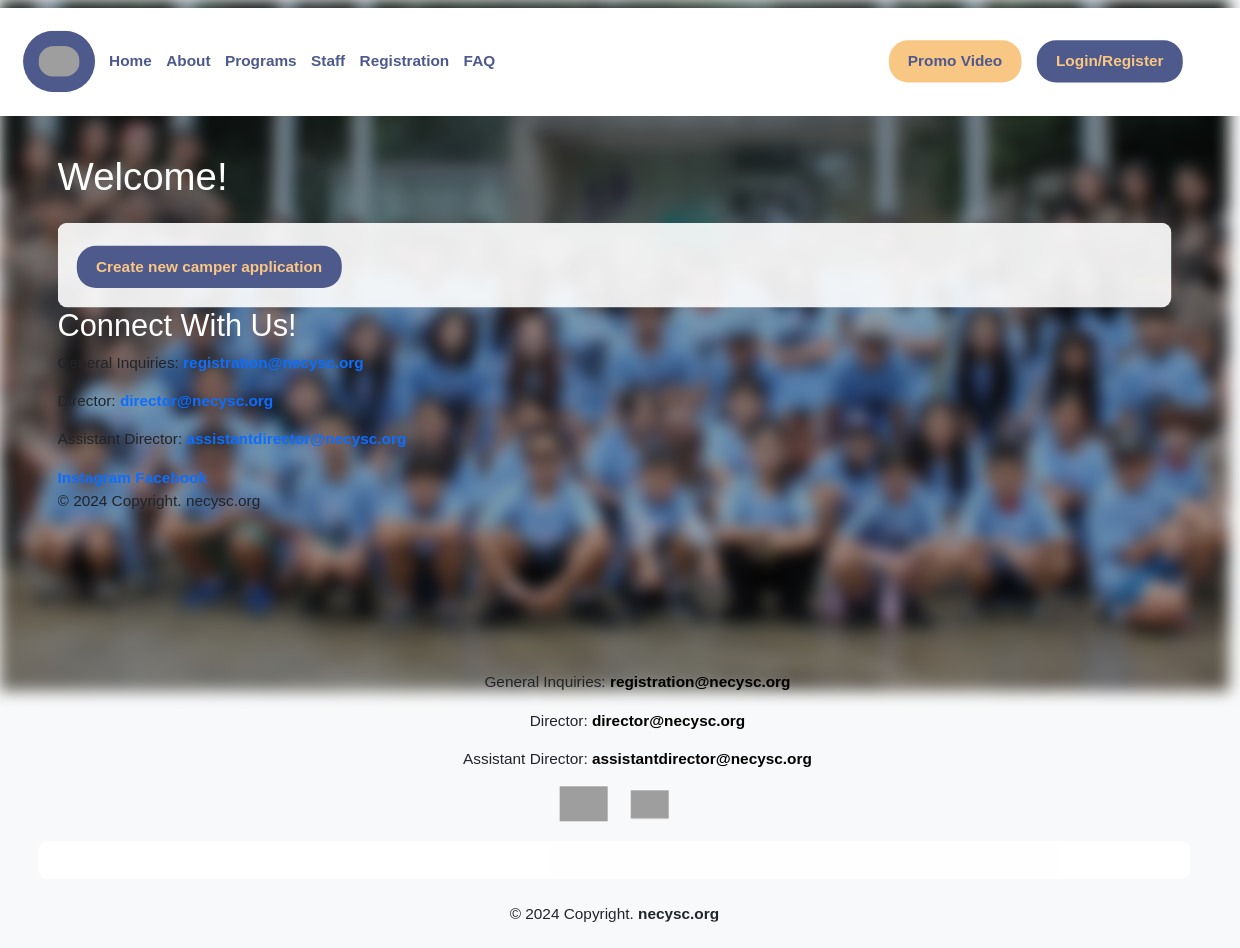
Repository: fullstackatbrown/project-necysc
Page: necysc_app/templates/necysc_app/applicant/index.html
An editor plug-in stored every save of this project. The page is shown before and after the next save, followed by the edit.
The browser window is 1280 px wide. The page is 1292 px wide, so the pictures cover 1292 px, including what lies to the right of the window. The pictures show the whole page, at 96% of full size.
Pictures or frames that could not be fetched are drawn as grey boxes. Some web fonts or font styles are not loaded; a fallback is used. The template is drawn by Django 5.2. The application's start-up code is not run. Other server files are loaded and not shown. The template is opened directly, without the code that normally fills it, so the values that code supplies are empty.

Above is the page before, as saved 2024-12-04 01:41:01.

### necysc_app/templates/necysc_app/applicant/index.html
{% extends "necysc_app/base.html" %}
{% load static %}
{% block title %} Applicant Portal {% endblock %}
{% block content %}
<link rel="stylesheet" href="{% static 'necysc_app/applicant_home.css' %}">

<style>
    body {
        background-color: #f8f9fa;
        margin: 0;
        padding: 0;
        height: 100%;
        width: 100%;
        overflow: hidden;
    }

    .background {
        position: fixed;
        top: 0;
        left: 0;
        width: 100%;
        height: 100%;
        z-index: -1;
        background-image: url("{% static 'necysc_app/images/necyscbannerimage.jpg' %}");
        background-size: cover;
        background-position: center;
        filter: blur(8px);
    }

    .container {
        position: relative;
        z-index: 1;
        background-color: rgba(255, 255, 255, 0.9);
        padding: 20px;
        border-radius: 10px;
        max-width: 1200px;
        margin: auto;
        margin-top: 20px;
    }

    h1, p, a, button {
        position: relative;
        z-index: 2;
    }

    .glow {
        transition: box-shadow 0.3s ease-in-out;
    }

    .glow:hover {
        box-shadow: 0 0 20px 2px rgba(0, 0, 0, 0.15);
    }
    </style>
    <div class="background"></div>

    <h1 class="welcome-title">Welcome!</h1>
{% if applications %}
    <div class="container mb-4">
        {% for application in applications %}
        <div class="card col-4 glow">
            <a href="{% url 'necysc_app:application_detail' application.id %}" class="application-card-link">
                <div class="card-body">
                    <h5 class="card-title"><span>{{ application.applicant_fname }}
                        {{ application.applicant_lname }}</span>
                        {% if application.app_status == 'A' %}
                        <span class="badge bg-success float-end">Accepted </span>
                        {% elif application.app_status == 'P' %}
                        <span class="badge bg-secondary float-end">Pending</span>
                        {% else %}
                        <span class="badge bg-danger float-end">Rejected</span>
                        {% endif %}

                    </h5>
                    <!-- horizontal line-->
                    <hr>
                    <p class="card-text fw-light">Year: {{application.app_year}}</p>
                    <p class="card-text m-0 fw-light">Health Status: {{application.health_record_status}}</p>
                </div>

            </a>
        </div>
        {% endfor %}
    </div>
{% endif %}

<div class="container mt-4 pt-4">
<a class="btn-purple"
        href="{% url 'necysc_app:new_application' %}">Create new camper application</a>
</div>

<style>
.glow {
    transition: box-shadow 0.3s ease-in-out;
    }

.glow:hover {
box-shadow: 0 0 20px 2px rgba(0, 0, 0, 0.15); /* Adjust the glow effect */
}
</style>
<!-- Connect With Us Section -->
<div class="footer-section">
    <h2 class="welcome-title">Connect With Us!</h2>
    <p>General Inquiries: <a href="mailto:registration@necysc.org">registration@necysc.org</a></p>
    <p>Director: <a href="mailto:director@necysc.org">director@necysc.org</a></p>
    <p>Assistant Director: <a href="mailto:assistantdirector@necysc.org">assistantdirector@necysc.org</a></p>
    <div>
        <a href="https://www.instagram.com/" target="_blank">Instagram</a>
        <a href="https://www.facebook.com/" target="_blank">Facebook</a>
    </div>
    <p>&copy; 2024 Copyright. necysc.org</p>
</div>
{% endblock %}

### necysc_app/templates/necysc_app/base.html
<!DOCTYPE html>
<html lang="en">
	<!-- Header -->
	{% load static %} {% include 'necysc_app/header.html' %}

	<head>
		<!-- Required meta tags -->
		<meta charset="utf-8" />
		<meta name="viewport" content="width=device-width, initial-scale=1" />

		<!--Bootstrap CSS-->
		<link
			href="https://cdn.jsdelivr.net/npm/bootstrap@5.0.2/dist/css/bootstrap.min.css"
			rel="stylesheet"
			integrity="sha384-EVSTQN3/azprG1Anm3QDgpJLIm9Nao0Yz1ztcQTwFspd3yD65VohhpuuCOmLASjC"
			crossorigin="anonymous"
		/>

		<title>{% block title %} {% endblock %}</title>
		<link rel="preconnect" href="https://fonts.googleapis.com" />
		<link rel="preconnect" href="https://fonts.gstatic.com" crossorigin />
		<link
			href="https://fonts.googleapis.com/css2?family=Roboto+Mono:ital,wght@0,100..700;1,100..700&display=swap"
			rel="stylesheet"
		/>

		<!--global Hind font-->
		<link
			href="https://fonts.googleapis.com/css2?family=Hind:wght@400;500;600&display=swap"
			rel="stylesheet"
		/>
		<style>
			body {
				font-family: "Hind", sans-serif;
			}
		</style>

	</head>

	<body>
		<!-- Navbar -->
		{% include 'necysc_app/navbar.html' %}

		<!-- Content -->
		<div class="container">{% block content %} {% endblock %}</div>

		<!-- Footer -->
		{% include 'necysc_app/footer.html' %}

		<!--Bootstrap JavaScript Plugins-->
		<script
			src="https://cdn.jsdelivr.net/npm/bootstrap@5.0.2/dist/js/bootstrap.bundle.min.js"
			integrity="sha384-MrcW6ZMFYlzcLA8Nl+NtUVF0sA7MsXsP1UyJoMp4YLEuNSfAP+JcXn/tWtIaxVXM"
			crossorigin="anonymous"
		></script>
	</body>
</html>

### necysc_app/templates/necysc_app/header.html
<!-- Header -->
<head>
    <meta charset="UTF-8" />
    <!-- Bootstrap Imports -->
    <link
      href="https://cdn.jsdelivr.net/npm/bootstrap@5.0.2/dist/css/bootstrap.min.css"
      rel="stylesheet"
      integrity="sha384-EVSTQN3/azprG1Anm3QDgpJLIm9Nao0Yz1ztcQTwFspd3yD65VohhpuuCOmLASjC"
      crossorigin="anonymous"
    />
    <link
      href="https://cdn.jsdelivr.net/npm/bootstrap-icons@1.8.1/font/bootstrap-icons.css"
      rel="stylesheet"
    />
    <script
    src="https://cdn.jsdelivr.net/npm/bootstrap@5.0.2/dist/js/bootstrap.bundle.min.js"
    integrity="sha384-MrcW6ZMFYlzcLA8Nl+NtUVF0sA7MsXsP1UyJoMp4YLEuNSfAP+JcXn/tWtIaxVXM"
    crossorigin="anonymous"
    ></script>
    <meta name="viewport" content="width=device-width, initial-scale=1" />
    {% load static %}
    <link href="{% static 'necysc_app/style.css' %}" rel="stylesheet" />
    <link rel="icon" href="{%  static 'necysc_app/images/favicon.ico' %}">
</head>

### necysc_app/templates/necysc_app/navbar.html
<!DOCTYPE html>
<html>
<head>
    <title>Your Page Title</title>
    <style>
        a {
            font-weight: bold;
            text-decoration: none;
        }

        .dropdown {
            position: relative;
            display: inline-block;
        }

        .dropdown-content {
            display: none;
            position: absolute;
            background-color: #f9f9f9;
            min-width: 160px;
            box-shadow: 0px 8px 16px 0px rgba(0, 0, 0, 0.2);
            z-index: 10;
            top: 100%;
        }

        .dropdown-content a {
            color: #4e598c;
            padding: 12px 16px;
            text-decoration: none;
            display: block;
            transition: color 0.3s ease, background-color 0.3s ease;
        }

        .dropdown-content a:hover {
            background-color: #4e598c;
            color: #F9C784;
        }

        .dropdown:hover .dropdown-content {
            display: block;
        }

        .navbar-link {
            color: #4e598c;
            transition: color 0.3s ease;
        }

        .navbar-link:hover {
            color: #F9C784;
            background: #4e598c;
            transition: color 0.3s ease;
            padding: 10px 20px;
            border-radius: 9px;
        }

        .active {
            color: #F9C784;
            background: #4e598c;
            padding: 10px 20px;
            text-decoration: none;
            border-radius: 9px;
        }


        .btn-login {
            background-color: #4e598c;
            color: #F9C784;
            transition: all 0.3s ease;
            padding: 10px 20px;
            border-radius: 20px;
            display: inline-block;
            text-align: center;
        }

        .btn-login:hover {
            background-color: #F9C784;
            color: #FFFFFF;
        }

        .btn-padding {
            padding: 10px 20px;
            border-radius: 20px;
            display: inline-block;
            text-align: center;
            background: #F9C784;
            color: #4e598c;
            transition: all 0.3s ease;
        }

        .btn-padding:hover {
            background-color: #4e598c;
            color: #ffffff;
        }


        .col-auto {
            display: flex;
            align-items: center;
        }

        img {
            height: 4rem;
            max-width: 100%;
        }

        #logobutton {
            background-color: #4e598c;
            transition: all 0.3s ease;
        }

        #logobutton:hover {
            background-color: #F9C784;
            color: #FFFFFF;
        }
    </style>
</head>
<body>

<!-- navbar sticky -->
{% load static %}
<div class="row mt-2 pt-4 pb-4 mb-3 d-flex ps-4 pe-5 align-items-center gap-3 sticky-top bg-bi-white bg-white row">

    <input type="checkbox" id="menu-toggle" class="menu-toggle">
    <label for="menu-toggle" class="hamburger">
        &#9776;
    </label>

    <div class="nav-links">

        <div class="col-auto">
            <a href="{% url 'necysc_app:index' %}" id="logo-link">
                <img src="https://www.necysc.org/v2/images/logo2.png" alt="Your Image Description" id="logobutton" class="rounded-pill p-3"/>
            </a>
        </div>

        <div class="dropdown col-auto">
            {% if request.user.is_authenticated %}
            <a href="{% url 'necysc_app:home' %}" class="navbar-link {% if request.path == '/' %}active{% endif %}">Applicant Home</a>
            {% else %}
            <a href="{% url 'necysc_app:index' %}" class="navbar-link {% if request.path == '/' %}active{% endif %}">Home</a>
            {% endif %}
        </div>

        {% if not request.user.is_authenticated %}
        <div class="dropdown col-auto">
            <a href="{% url 'necysc_app:about' %}" class="navbar-link {% if request.path == '/about/' %}active{% endif %}">About</a>
            <div class="dropdown-content">
                <a href="{% url 'necysc_app:about' %}#sponsors">Sponsors</a>
                <a href="{% url 'necysc_app:about' %}#contact">Contact Us</a>
            </div>
        </div>

        <div class="dropdown col-auto">
            <a href="{% url 'necysc_app:programs' %}" class="navbar-link {% if request.path == '/programs/' %}active{% endif %}">Programs</a>
            <div class="dropdown-content">
                <a href="{% url 'necysc_app:programs' %}#day">Day Camp</a>
                <a href="{% url 'necysc_app:programs' %}#on">Overnight Camp</a>
                <a href="{% url 'necysc_app:programs' %}#ea">ExplorAsian</a>
            </div>
        </div>

        <div class="dropdown col-auto">
            <a href="{% url 'necysc_app:staff' %}" class="navbar-link {% if request.path == '/staff/' %}active{% endif %}">Staff</a>
            <div class="dropdown-content">
                <a href="{% url 'necysc_app:staff' %}#cit">CIT</a>
                <a href="{% url 'necysc_app:staff' %}#counselor">Counselor</a>
                <a href="{% url 'necysc_app:staff' %}#ra">RA</a>
                <a href="{% url 'necysc_app:staff' %}#ops">OPs</a>
                <a href="{% url 'necysc_app:staff' %}#committee">Committee</a>
            </div>
        </div>

        <div class="dropdown col-auto">
            <a href="{% url 'necysc_app:registration' %}" class="navbar-link {% if request.path == '/registration/' %}active{% endif %}">Registration</a>
            <div class="dropdown-content">
                <a href="{% url 'necysc_app:registration' %}#importantdates">2025 Important Dates</a>
                <a href="{% url 'necysc_app:registration' %}#financialaid">Financial Aid</a>
            </div>
        </div>

        <div class="dropdown col-auto">
            <a href="{% url 'necysc_app:faq' %}" class="navbar-link {% if request.path == '/faq/' %}active{% endif %}">FAQ</a>
            <div class="dropdown-content">
                <a href="{% url 'necysc_app:faq' %}#faqregistration">Registration</a>
                <a href="{% url 'necysc_app:faq' %}#faqleavingcamp">Leaves and Visits</a>
                <a href="{% url 'necysc_app:faq' %}#faqhealth">Health and Safety</a>
                <a href="{% url 'necysc_app:faq' %}#camp">Camp Activities</a>
            </div>
        </div>
        {% endif %}

        <div class="col-auto ms-auto">
            <a href="https://youtu.be/PPZ1zu8fGl0?si=h436QWcB9vHQeV_G" target="_blank" class="btn-padding me-3">Promo Video</a>
            {% if request.user.is_authenticated %}
            <a href="{% url 'necysc_app:logout' %}" class="btn-login">Logout</a>
            {% else %}
            <a href="{% url 'necysc_app:login' %}" class="btn-login">Login/Register</a>
            {% endif %}
        </div>
    </div>
</div>

</body>
</html>

### necysc_app/templates/necysc_app/footer.html
<!-- Footer -->
<footer class="pt-4" id="contact">
  <div class="ms-5 me-5 mb-5 bg-dark" style="height: 2px;"></div>

  <h2 class="ps-5 mb-3 mt-5 text-center" style="color: #4e598c;">Connect With Us!</h2>
  <p class="ps-5 text-center"> General Inquiries:
    <a href="mailto:registration@necysc.org" style="color: black">registration@necysc.org</a>
  </p>
  <p class="ps-5 text-center"> Director:
    <a href="mailto:registration@necysc.org" style="color: black">director@necysc.org</a>
  </p>
  <p class="ps-5 text-center"> Assistant Director:
    <a href="mailto:registration@necysc.org" style="color: black">assistantdirector@necysc.org</a>
  </p>

  <div class="row text-center align-items-center justify-content-center">
    <div class="col-auto">
        <a href="https://www.instagram.com/NECYSC/" style="display: inline-block;" target="_blank">
            <img src="https://cdn.freebiesupply.com/images/large/2x/instagram-icon-white-on-black.png" alt="Instagram Logo" style="width: 50px; height: auto;">
        </a>
    </div>
    <div class="col-auto">
      <a href="https://www.facebook.com/NECYSC" style="display: inline-block;" target="_blank">
          <img src="https://www.freepnglogos.com/uploads/logo-facebook-png/logo-facebook-facebook-logo-png-transparent-svg-vector-bie-supply-18.png" alt="Facebook Logo" style="width: 40px; height: auto;">
      </a>
    </div>
  </div>


  <!-- Copyright -->
  <div class="container"></div>
  <div class="text-center p-4">
    © 2024 Copyright.
    <a class="text-reset" href="https://necysc.org/">necysc.org</a>
  </div>

</footer>
<!-- Footer -->

### necysc_app/static/necysc_app/style.css
.hero-section {
  position: relative;
  background-size: cover;
  background-position: center;
  background-repeat: no-repeat;
  color: white;
  height: 60vh;
  display: flex;
  align-items: center;
  justify-content: center;
  overflow: hidden;
}

.hero-section .overlay {
  position: absolute;
  top: 0;
  left: 0;
  width: 100%;
  height: 100%;
  background-color: rgba(0, 0, 0, 0.5);
  z-index: 1;
}

.hero-section .position-relative {
  z-index: 2;
}

.btn-purple {
  background-color: #4e598c;
  color: #f9c784;
  transition: all 0.3s ease;
  padding: 10px 20px;
  border-radius: 20px;
  display: inline-block;
  text-align: center;
  text-decoration: none;
  outline: none;
  border: none;
}

.btn-purple:hover {
  background-color: #f9c784;
  color: #ffffff;
}


.accordion-item .accordion-button:not(.collapsed) {
  background-color: #4e598c; /* Darker purple when open */
  color: #ffffff; /* White text for contrast */
}


.menu-toggle {
  display: none;
}

.hamburger {
  display: none;
  font-size: 24px;
  cursor: pointer;
  color: #4e598c;
}


.nav-links {
  display: flex;
  gap: 15px;
}


@media (max-width: 768px) {
  .nav-links {
      display: none;
      flex-direction: column;
      background-color: white;
      position: absolute;
      top: 60px;
      right: 0;
      width: 100%;
      padding: 10px;
      z-index: 1000;
  }

  .menu-toggle:checked + .hamburger + .nav-links {
      display: flex;
  }

  .hamburger {
      display: block;
  }
}

.optional {
  color: gray;
  font-style: italic;
}

.white-link {
  color: #ffffff;
  text-decoration: none;
  transition: color 0.3s ease;
}

.white-link:hover {
  color: #cccccc;
}

.welcome-title {
  color: white;
}

### necysc_app/static/necysc_app/applicant_home.css
.application-card-link {
  text-decoration: none; /* Remove underline */
  color: inherit; /* Inherit text color */
}

.application-card-link:hover {
  text-decoration: none; /* Remove underline */
  color: inherit; /* Inherit text color */
}

.application-card {
  display: flex;
  flex-direction: column;
  border: 1px solid #ccc;
  border-radius: 8px;
  padding: 15px;
  width: 300px;
  height: 180px;
  box-shadow: 0 2px 5px rgba(0, 0, 0, 0.1);
  background-color: #fff;
  position: relative;
  transition: transform 0.2s;
}

.application-card:hover {
  transform: scale(1.02);
  box-shadow: inset;
}

.application-card h2 {
  font-size: 1.5em;
  margin: 0 0 10px 0;
}

.application-card h3 {
  font-size: 1.2em;
  color: #555;
}

.application-card p {
  margin: 5px 0;
}


.status {
  border-radius: 5px;
  color: #fff;
  font-weight: bold;
  z-index: 1;
}

.status.a {
  background-color: rgba(0, 128, 0, 0.2);
  color: green;
}

.status.d {
  background-color: rgba(255, 0, 0, 0.2);
  color: red;
}

.status.p {
  background-color: rgba(255, 165, 0, 0.2);
  color: orange;
}

.status.i {
  background-color: rgba(0, 0, 255, 0.2);
  color: blue;
}

.glow {
  transition: box-shadow 0.3s ease-in-out;
}

.glow:hover {
  box-shadow: 0 0 20px 2px rgba(0, 0, 0, 0.15); /* Adjust the glow effect */
}

.btn-logout {
    display: inline-block;
    padding: 8px 15px;
    background-color: #ff4444;
    color: #fff;
    text-decoration: none;
    border-radius: 5px;
    font-weight: bold;
    transition: background-color 0.3s ease;
    cursor: pointer;
    margin: 10px 0;
}

.btn-logout:hover {
    background-color: #cc0000;
}

After the next save:
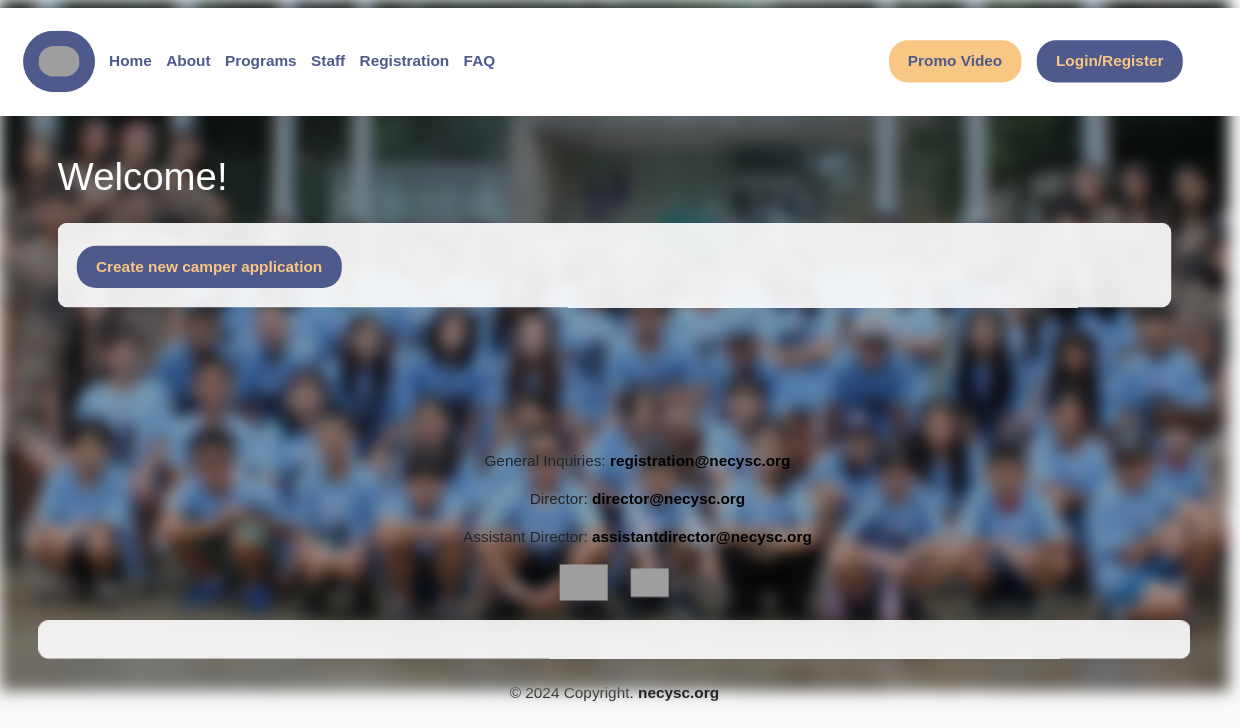
Saved 4 s later.
--- a/necysc_app/templates/necysc_app/applicant/index.html
+++ b/necysc_app/templates/necysc_app/applicant/index.html
@@ -97,16 +97,4 @@
 box-shadow: 0 0 20px 2px rgba(0, 0, 0, 0.15); /* Adjust the glow effect */
 }
 </style>
-<!-- Connect With Us Section -->
-<div class="footer-section">
-    <h2 class="welcome-title">Connect With Us!</h2>
-    <p>General Inquiries: <a href="mailto:registration@necysc.org">registration@necysc.org</a></p>
-    <p>Director: <a href="mailto:director@necysc.org">director@necysc.org</a></p>
-    <p>Assistant Director: <a href="mailto:assistantdirector@necysc.org">assistantdirector@necysc.org</a></p>
-    <div>
-        <a href="https://www.instagram.com/" target="_blank">Instagram</a>
-        <a href="https://www.facebook.com/" target="_blank">Facebook</a>
-    </div>
-    <p>&copy; 2024 Copyright. necysc.org</p>
-</div>
 {% endblock %}
